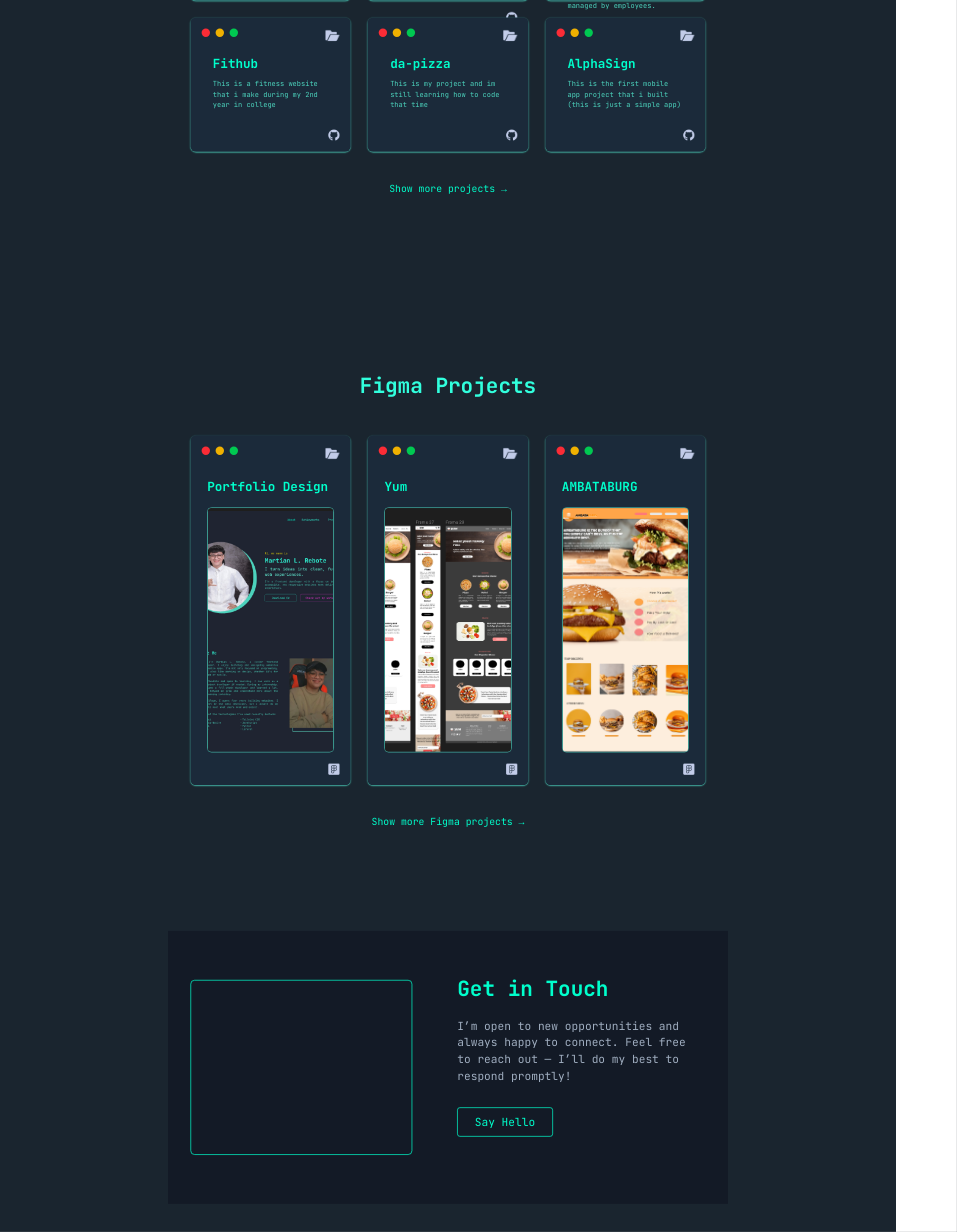
Repository: m4rsu-code/Portfolio
Page: / (app in my-portfolio/)
These files come from the project's save history. The page is drawn as it stood at one moment and after the next save; the edit follows.
The browser window is 1280 px wide. The page is 1367 px wide, so the pictures cover 1367 px, including what lies to the right of the window. The pictures show the part of the page from y = 3167 to 4927 px (the page is 4927 px tall), at 70% of full size.
The project was rebuilt for these pictures with package versions that can differ from the ones it lists, and the page was loaded fresh each time. Also part of the build but not shown: my-portfolio/vite.config.js, my-portfolio/src/assets/components/Modal/AchievementModal.jsx, my-portfolio/src/AchievementsPage.jsx, my-portfolio/src/ProjectPage.jsx, my-portfolio/src/FigmaProjectsPage.jsx.

Above is the page before, as saved 2025-08-04 18:14:21.

### my-portfolio/src/main.jsx
import { StrictMode } from "react";
import { createRoot } from "react-dom/client";
import { BrowserRouter as Router, Routes, Route } from "react-router-dom";
import "./assets/CSS/index.css";
import App from "./App.jsx";
import AchievementsPage from "./AchievementsPage.jsx";
import ProjectPage from "./ProjectPage.jsx";
import FigmaProjectsPage from "./FigmaProjectsPage.jsx";
import ScrollToTop from "./assets/components/ScrollToTop.jsx";

createRoot(document.getElementById("root")).render(
  <StrictMode>
    <Router>
      <ScrollToTop />
      <Routes>
        <Route path="/" element={<App />} />
        <Route path="/achievements" element={<AchievementsPage />} />
        <Route path="/projects" element={<ProjectPage />} />
        <Route path="/figma-projects" element={<FigmaProjectsPage />} />
      </Routes>
    </Router>
  </StrictMode>
);

### my-portfolio/src/assets/CSS/index.css
@import "tailwindcss";

@layer base {
  .font-jetbrains-mono {
    font-family: 'JetBrains Mono', monospace;
  }
}

### my-portfolio/src/App.jsx
import { useState } from 'react';
import { Link } from 'react-router-dom';
import Navbar from './assets/components/Navbar';
import AchievementModal from './assets/components/Modal/AchievementModal';
import './assets/CSS/animation.css';
import { achievements, projects, figmaProjects } from './assets/components/data';
import ScrollToTopButton from './assets/components/ScrollToTopButton';

function App() {
  const [isModalOpen, setIsModalOpen] = useState(false);
  const [selectedAchievement, setSelectedAchievement] = useState(null);

  const openModal = (achievement) => {
    setSelectedAchievement(achievement);
    setIsModalOpen(true);
  };

  const closeModal = () => {
    setIsModalOpen(false);
    setSelectedAchievement(null);
  };

  return (
    <div className='min-h-screen bg-[#1A252F]'>
      <Navbar />
      <ScrollToTopButton />
      <div className='w-full px-60 py-10'>
        {/* Introduction Section */}
        <div className="flex flex-col items-center justify-center mt-30">
          <div className="flex flex-col md:flex-row items-center justify-center gap-35 px-8 py-16">
            {/* Image with Glowing Effect */}
            <div className="relative">
              <div className="rounded-full border-[2px] border-[#00FFCC] overflow-hidden w-[500px] h-[500px] animate-glow">
                <img
                  src="/Images/me.png"
                  alt="Martian L. Rebote"
                  className="object-cover w-full h-full"
                />
              </div>
            </div>

            {/* Text Content */}
            <div className="text-center md:text-left font-jetbrains-mono">
              <div className='w-full md:w-[750px]'>
                <p className="text-[#FFEA00] text-[18px]">Hi, my name is</p>
                <h1 className="text-[#00FFCC] text-[45px] font-bold mt-2">Martian L. Rebote</h1>
                <p className="text-base text-[30px] font-bold text-[#57CDB9] mt-4">
                  I turn ideas into clean, functional web experiences.
                </p>
                <p className="mt-4 text-[#4CD2BC] leading-relaxed text-[18px]">
                  I’m a frontend developer with a focus on building fast, accessible, and responsive websites that deliver great user experiences.
                </p>
              </div>

              <div className="mt-6 flex flex-col sm:flex-row items-center gap-4">
                <a href="/Martian_Rebote_CV.pdf" className="border border-[#00FFCC] px-5 py-2 rounded-md text-[#00FFCC] hover:bg-[#00FFCC] hover:text-black transition-colors">
                  Download CV
                </a>
                <a href="#projects" className="border border-[#FF38E5] px-5 py-2 rounded-md text-[#FF38E5] hover:bg-[#FF38E5] hover:text-black transition-colors">
                  Check out my work!
                </a>
              </div>
            </div>
          </div>
        </div>

        {/* About Me Section */}
        <div id="about" className="flex flex-col mt-30">
          <div className='flex flex-col md:flex-row items-center justify-between gap-10 px-8 py-16'>
            <div className='w-full md:w-[800px] text-left font-jetbrains-mono'>
              <h2 className='text-[#31FFDD] text-[30px] font-bold mb-7'>About Me</h2>
              <div className='w-full md:w-[900px] text-justify px-5'>
                <p className='text-[#4CD2BC] text-[18px] mt-4'>
                  Hi, I’m Martian L. Rebote, a junior frontend developer. I enjoy building and designing websites and mobile apps. I’m not only focused on programming, but I also like working on design, whether it’s for the web or mobile.
                </p>
                <p className='text-[#4CD2BC] text-[18px] mt-4'>
                  I’m flexible and open to learning. I can work as a full-stack developer if needed. During my internship, I became a full-stack developer and learned a lot, which helped me grow and understand more about the programming industry.
                </p>
                <p className='text-[#4CD2BC] text-[18px] mt-4'>
                  Some of the technologies I’ve used recently include:
                </p>

                <div className='flex flex-col sm:flex-row gap-10 mt-4'>
                  <ul className='text-[#4CD2BC] text-[18px] mt-2 list-disc pl-5'>
                    <li>React</li>
                    <li>React-Native</li>
                    <li>HTML</li>
                    <li>CSS</li>
                  </ul>
                  <ul className='text-[#4CD2BC] text-[18px] mt-2 list-disc pl-5'>
                    <li>Tailwind CSS</li>
                    <li>JavaScript</li>
                    <li>Python</li>
                    <li>Laravel</li>
                  </ul>
                </div>
              </div>
            </div>

            <div className="relative image-container w-[380px] h-[450px] group cursor-pointer">
              <div className="absolute left-5 w-full h-full border-3 border-[#00FFCC] rounded-[10px] uneven-box z-0 transition-transform duration-300 ease-in-out"></div>
              <div className="relative z-10 rounded-[10px] overflow-hidden w-full h-full transition-transform duration-300 ease-in-out group-hover:translate-x-[-10px] group-hover:translate-y-[-10px]">
                <img
                  src="/Images/me2.jpg"
                  alt="Martian L. Rebote"
                  className="object-cover w-full h-full"
                />
              </div>
            </div>
          </div>
        </div>

        {/* Achievements Section */}
        <div id="achievements" className="flex flex-col mt-30 px-8 py-16 font-jetbrains-mono">
          <h2 className="text-[#31FFDD] text-[30px] font-bold mb-12">Notable Achievements</h2>

          {/* Cards Grid - Limited to first 2 achievements */}
          <div>
            {/* First Row */}
            <div className="grid md:grid-cols-2 gap-10">
              {/* Left card (code-like box with image) */}
              <div className="bg-[#1B2A3A] rounded-lg p-4 flex flex-col h-96">
                <div className="flex gap-2 mb-4">
                  <div className="w-3 h-3 bg-red-500 rounded-full"></div>
                  <div className="w-3 h-3 bg-yellow-500 rounded-full"></div>
                  <div className="w-3 h-3 bg-green-500 rounded-full"></div>
                </div>
                <div
                  className="border border-[#4CD2BC] rounded-md flex-grow overflow-hidden group cursor-pointer"
                  onClick={() => openModal(achievements[0])}
                >
                  <img
                    src={achievements[0].image}
                    alt="Achievement Image"
                    className="w-full h-full object-cover transition-transform duration-300 ease-in-out group-hover:scale-110"
                  />
                </div>
              </div>

              {/* Right card (trophy + achievement with text) */}
              <div className="flex flex-col h-64">
                <p className="text-[#31FFDD] text-sm mb-2">Featured Achievement</p>
                <h3 className="text-[#31FFDD] text-lg font-bold flex items-center gap-2">
                  🏆 {achievements[0].title}
                </h3>
                <div className="border border-[#4CD2BC] rounded-md flex-grow mt-4 p-4 text-[#4CD2BC] text-sm overflow-auto">
                  {achievements[0].description}
                </div>
                <p className="text-[#4CD2BC] text-sm mt-2">Date: {achievements[0].date}</p>
              </div>
            </div>

            {/* Second Row */}
            <div className="grid md:grid-cols-2 gap-10 mt-10">
              {/* Left card (trophy + achievement with text) */}
              <div className="flex flex-col h-64">
                <p className="text-[#31FFDD] text-sm mb-2">Featured Achievement</p>
                <h3 className="text-[#31FFDD] text-lg font-bold flex items-center gap-2">
                  🏆 {achievements[1].title}
                </h3>
                <div className="border border-[#4CD2BC] rounded-md flex-grow mt-4 p-4 text-[#4CD2BC] text-sm overflow-auto">
                  {achievements[1].description}
                </div>
                <p className="text-[#4CD2BC] text-sm mt-2">Date: {achievements[1].date}</p>
              </div>

              {/* Right card (code-like box with image) */}
              <div className="bg-[#1B2A3A] rounded-lg p-4 flex flex-col h-96">
                <div className="flex gap-2 mb-4">
                  <div className="w-3 h-3 bg-red-500 rounded-full"></div>
                  <div className="w-3 h-3 bg-yellow-500 rounded-full"></div>
                  <div className="w-3 h-3 bg-green-500 rounded-full"></div>
                </div>
                <div
                  className="border border-[#4CD2BC] rounded-md flex-grow overflow-hidden group cursor-pointer"
                  onClick={() => openModal(achievements[1])}
                >
                  <img
                    src={achievements[1].image}
                    alt="Achievement Image"
                    className="w-full h-full object-cover transition-transform duration-300 ease-in-out group-hover:scale-110"
                  />
                </div>
              </div>
            </div>
          </div>

          {/* Show more link */}
          <div className="text-center mt-10">
            <Link
                to="/achievements"
                state={{ achievements }}
                className="text-[#31FFDD] text-sm hover:underline"
              >
                Show more achievements →
              </Link>
          </div>
        </div>

        {/* Project Section */}
        <div id='projects' className="flex flex-col mt-30 px-8 py-16 font-jetbrains-mono">
          <h2 className="text-[#31FFDD] text-[30px] text-center font-bold mb-12">Featured Projects</h2>
          <div className="grid grid-cols-1 sm:grid-cols-2 lg:grid-cols-3 gap-6">
            {projects.slice(0, 6).map((project) => (
              <div
                key={project.id}
                className="bg-[#1B2A3A] rounded-lg p-4 flex flex-col h-48 relative group shadow-xs shadow-[#4CD2BC] cursor-pointer transform transition-transform duration-300 ease-in-out hover:-translate-y-2"
              >
                <div className="flex gap-2">
                  <div className="w-3 h-3 bg-red-500 rounded-full"></div>
                  <div className="w-3 h-3 bg-yellow-500 rounded-full"></div>
                  <div className="w-3 h-3 bg-green-500 rounded-full"></div>
                  <div className="justify-end ml-auto">
                    <img src="/Images/open-folder.png" alt="Folder Icon" className="w-5 h-5" />
                  </div>
                </div>
                <div className="text-left rounded-md flex-grow p-4">
                  <h3 className="text-[#00FFCC] text-[18px] font-bold mb-2">{project.title}</h3>
                  <p className="text-[#4CD2BC] text-[10px]">{project.description}</p>
                </div>
                <div className="flex justify-end gap-2">
                  {project.githubLink ? (
                    <a href={project.githubLink} target="_blank" rel="noopener noreferrer" aria-label={`View ${project.title} on GitHub`}>
                      <img
                        src="/Images/github.png"
                        alt="GitHub Icon"
                        className="w-4 h-4 hover:invert hover:brightness-0 hover:sepia hover:saturate-[100%]"
                      />
                    </a>
                  ) : (
                    <img
                      src="/Images/github.png"
                      alt="GitHub Icon"
                      className="w-4 h-4 hover:invert hover:brightness-0 hover:sepia hover:saturate-[100%]"
                    />
                  )}
                  {project.title === 'Portfolio' && project.link && (
                    <a href={project.link} target="_blank" rel="noopener noreferrer" aria-label="View Portfolio Website">
                      <img
                        src="/Images/link.png"
                        alt="Link Icon"
                        className="w-4 h-4 hover:invert hover:brightness-0 hover:sepia hover:saturate-[100%]"
                      />
                    </a>
                  )}
                </div>
              </div>
            ))}
          </div>

          {projects.length > 6 && (
            <div className="text-center mt-10">
              <Link
                to="/projects"
                state={{ projects }}
                className="text-[#00FFCC] text-sm hover:underline"
              >
                Show more projects →
              </Link>
            </div>
          )}
        </div>

        {/* Figma Projects Section */}
        <div className="flex flex-col mt-30 px-8 py-16 font-jetbrains-mono">
          <h2 className="text-[#31FFDD] text-[30px] text-center font-bold mb-12">Figma Projects</h2>
          <div className="grid grid-cols-1 sm:grid-cols-2 lg:grid-cols-3 gap-6">
            {figmaProjects.slice(0, 3).map((project) => (
              <div
                key={project.id}
                className="bg-[#1B2A3A] rounded-lg p-4 flex flex-col h-[500px] relative group shadow-xs shadow-[#4CD2BC] cursor-pointer transform transition-transform duration-300 ease-in-out hover:-translate-y-2"
              >
                {/* Header with window controls and folder icon */}
                <div className="flex gap-2 mb-4">
                  <div className="w-3 h-3 bg-red-500 rounded-full"></div>
                  <div className="w-3 h-3 bg-yellow-500 rounded-full"></div>
                  <div className="w-3 h-3 bg-green-500 rounded-full"></div>
                  <div className="justify-end ml-auto">
                    <img src="/Images/open-folder.png" alt="Folder Icon" className="w-5 h-5" />
                  </div>
                </div>

                {/* Project Title */}
                <div className="flex items-start justify-start p-2">
                  <h3 className="text-[#00FFCC] text-[18px] font-bold">{project.title}</h3>
                </div>

                {/* Image with Border and No Overlap */}
                <div className="flex-grow flex items-center justify-center p-2">
                  <div className="border border-[#4CD2BC] rounded-md w-full h-[350px] overflow-hidden ">
                    <img
                      src={project.image}
                      alt={`${project.title} Image`}
                      className="w-full h-full object-cover"
                      onError={(e) => (e.target.src = '/Images/fallback.png')}
                      loading="lazy"
                    />
                  </div>
                </div>

                {/* Figma Link */}
                <div className="flex justify-end gap-2 mt-2">
                  {project.figmaLink && (
                    <a
                      href={project.figmaLink}
                      target="_blank"
                      rel="noopener noreferrer"
                      aria-label={`View ${project.title} on Figma`}
                    >
                      <img
                        src="/Images/figma.png"
                        alt="Figma Icon"
                        className="w-4 h-4 hover:invert hover:brightness-0 hover:sepia hover:saturate-[100%]"
                      />
                    </a>
                  )}
                </div>
              </div>
            ))}
          </div>
          {figmaProjects.length > 3 && (
            <div className="text-center mt-10">
              <Link
                to="/figma-projects"
                state={{ figmaProjects }}
                className="text-[#00FFCC] text-sm hover:underline"
              >
                Show more Figma projects →
              </Link>
            </div>
          )}
        </div>

        {/* Contact section */}
        <div className="flex flex-col items-center justify-center mt-20 px-8 py-16 font-jetbrains-mono text-white bg-[#131A26]">
          <div className="flex flex-col md:flex-row items-center justify-center gap-16 max-w-4xl w-full">

            {/* Left side — the outlined box */}
            <div className="border border-[#00FFCC] w-[300px] h-[200px] md:w-[400px] md:h-[250px] rounded-md"></div>

            {/* Right side — text, button, and icons */}
            <div className="text-center md:text-left">
              <h2 className="text-[#00FFCC] text-2xl md:text-3xl font-bold mb-6">Get in Touch</h2>
              <p className="text-[#A0AEC0] text-sm md:text-base mb-8 max-w-md">
                I’m open to new opportunities and always happy to connect. Feel free to reach out — I’ll do my best to respond promptly!
              </p>
              <button className="border border-[#00FFCC] text-[#00FFCC] px-6 py-2 rounded hover:bg-[#00FFCC] hover:text-[#131A26] transition duration-300 mb-8">
                Say Hello
              </button>

              {/* Social icons */}
              <div className="flex items-center justify-center md:justify-start gap-4 text-[#A0AEC0]">
                <a href="#" className="hover:text-[#00FFCC]">
                  <i className="fab fa-facebook text-2xl"></i>
                </a>
                <a href="#" className="hover:text-[#00FFCC]">
                  <i className="fab fa-instagram text-2xl"></i>
                </a>
                <a href="#" className="hover:text-[#00FFCC]">
                  <i className="fab fa-x-twitter text-2xl"></i>
                </a>
                <a href="#" className="hover:text-[#00FFCC]">
                  <i className="fab fa-linkedin text-2xl"></i>
                </a>
              </div>
            </div>
          </div>
        </div>


        {/* Modal */}
        {isModalOpen && selectedAchievement && (
          <AchievementModal
            image={selectedAchievement.image}
            title={selectedAchievement.title}
            description={selectedAchievement.description}
            date={selectedAchievement.date}
            onClose={closeModal}
          />
        )}
      </div>
    </div>
  );
}

export default App;

### my-portfolio/src/assets/components/ScrollToTop.jsx
import { useEffect } from 'react';
import { useLocation } from 'react-router-dom';

const ScrollToTop = () => {
  const { pathname } = useLocation();

  useEffect(() => {
    // Scrolls to the top of the window on pathname change
    window.scrollTo(0, 0);
  }, [pathname]);

  return null;
};

export default ScrollToTop;

### my-portfolio/src/assets/components/Navbar.jsx
import React from 'react';
import '../CSS/Navbar.css'; // Import the CSS for styling

function Navbar() {
  return (
    <nav className="w-full px-10 py-4 flex justify-between items-center fixed top-0 left-0 z-50 bg-transparent backdrop-blur-md font-jetbrains-mono">
      {/* Logo on the left */}
      <a href="/" className='text-3xl font-bold text-[#FF38E5] cursor-pointer'>m4rsu</a>
      {/* Navigation links on the right */}
      <div className='flex gap-10 text-base'>
        <a href='#about' className='text-[#31FFDD] text-[15px] font-light nav-link'>About</a>
        <a href='#achievements' className='text-[#31FFDD] text-[15px] font-light nav-link'>Achievements</a>
        <a href='#projects' className='text-[#31FFDD] text-[15px] font-light nav-link'>Projects</a>
        <a href='#contact' className='text-[#31FFDD] text-[15px] font-light nav-link'>Contact</a>
      </div>
    </nav>
  );
}

export default Navbar;

### my-portfolio/src/assets/CSS/animation.css
@keyframes glow {
  0% {
    box-shadow: 0 0 5px #00FFCC, 0 0 10px #00FFCC, 0 0 15px #00FFCC, 0 0 20px #00FFCC;
  }
  50% {
    box-shadow: 0 0 10px #00FFCC, 0 0 20px #00FFCC, 0 0 30px #00FFCC, 0 0 40px #00FFCC;
  }
  100% {
    box-shadow: 0 0 5px #00FFCC, 0 0 10px #00FFCC, 0 0 15px #00FFCC, 0 0 20px #00FFCC;
  }
}

@keyframes glow {
  0% {
    box-shadow: 0 0 5px #00FFCC, 0 0 10px #00FFCC;
  }
  50% {
    box-shadow: 0 0 15px #00FFCC, 0 0 25px #00FFCC;
  }
  100% {
    box-shadow: 0 0 5px #00FFCC, 0 0 10px #00FFCC;
  }
}

.animate-glow {
  animation: glow 2s ease-in-out infinite;
}

.uneven-box {
  transform: translateY(20px); /* move it downward initially */

  transition: transform 0.3s ease-in-out;
}

.image-container:hover .uneven-box {
  transform: translateY(30px); /* move it further down on hover */
}

### my-portfolio/src/assets/CSS/Navbar.css
.nav-link {
  position: relative;
  text-decoration: none;
}

.nav-link::after {
  content: '';
  position: absolute;
  width: 100%;
  height: 2px;
  bottom: -2px;
  left: 0;
  background-color: #31FFDD;
  transform: scaleX(0);
  transform-origin: bottom right;
  transition: transform 0.3s ease-in-out;
}

.nav-link:hover::after {
  transform: scaleX(1);
  transform-origin: bottom left;
}

Loaded but not shown: my-portfolio/index.html (common file); my-portfolio/src/assets/components/data.jsx (105 lines, source omitted); my-portfolio/src/assets/components/ScrollToTopButton.jsx (68 lines, source omitted)

After the next save:
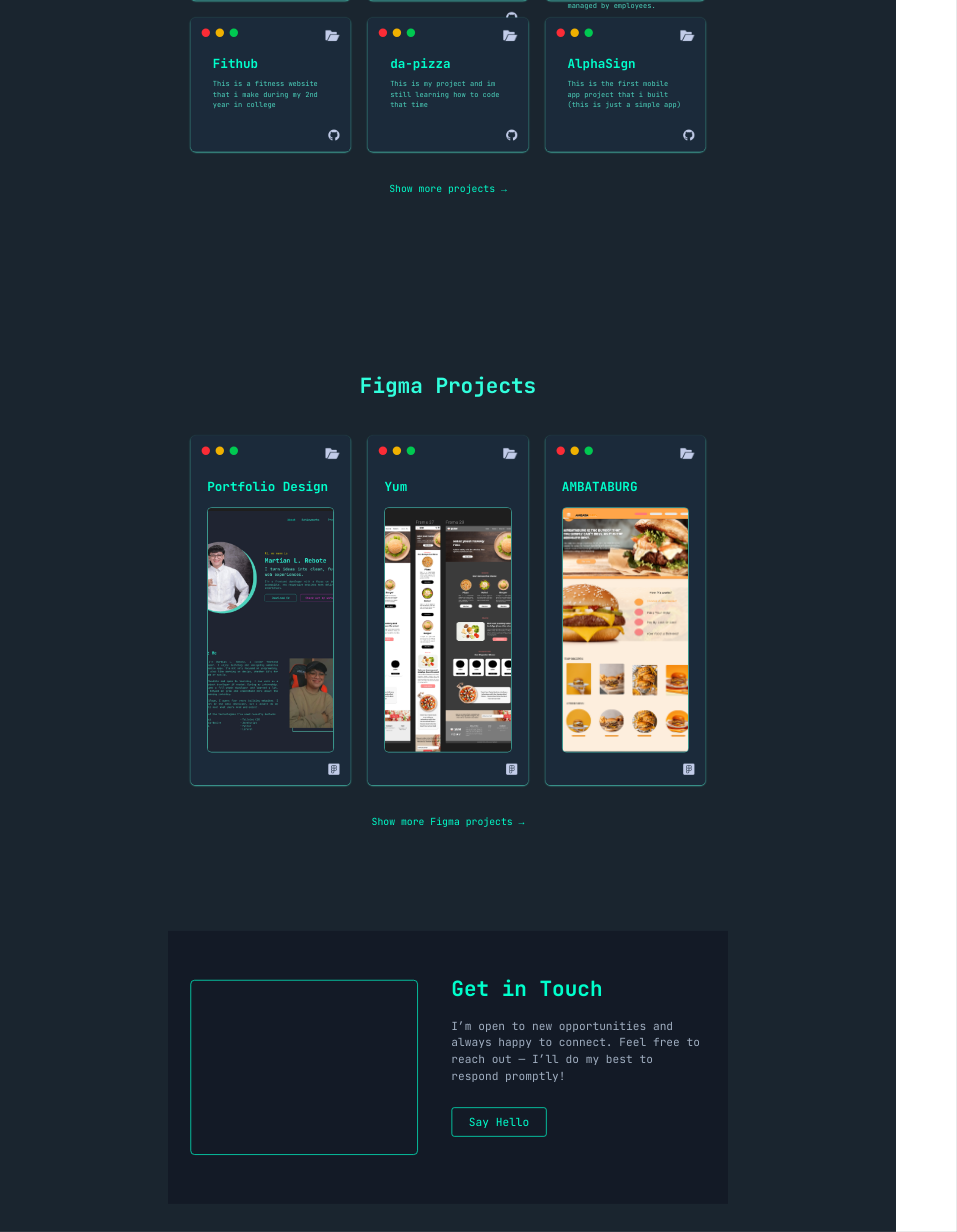
Saved 6 s later.
--- a/my-portfolio/src/App.jsx
+++ b/my-portfolio/src/App.jsx
@@ -333,7 +333,7 @@ function App() {
 
         {/* Contact section */}
         <div className="flex flex-col items-center justify-center mt-20 px-8 py-16 font-jetbrains-mono text-white bg-[#131A26]">
-          <div className="flex flex-col md:flex-row items-center justify-center gap-16 max-w-4xl w-full">
+          <div className="flex flex-col md:flex-row items-center justify-center gap-12 max-w-6xl w-full">
 
             {/* Left side — the outlined box */}
             <div className="border border-[#00FFCC] w-[300px] h-[200px] md:w-[400px] md:h-[250px] rounded-md"></div>
